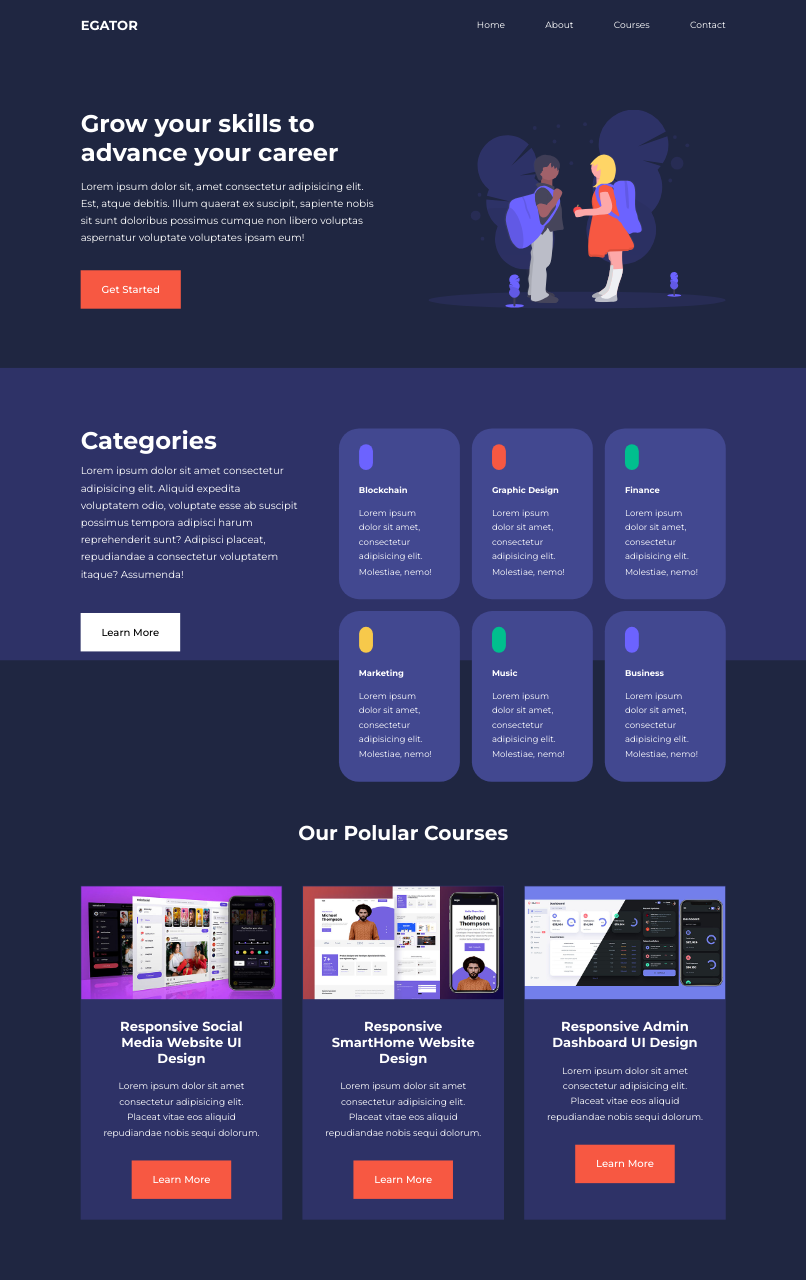
Repository: QUANGTHAI2003/education-web
Page: index.html
An editor plug-in stored every save of this project. The page is shown before and after the next save, followed by the edit.
The browser window is 1280 px wide. The pictures show the whole page, at 63% of full size.
Some icons come from a web library that is not loaded, so they are not drawn.

Above is the page before, as saved 2022-03-11 14:46:23.

### index.html
<!DOCTYPE html>
<html lang="en">
    <head>
        <meta charset="UTF-8" />
        <meta http-equiv="X-UA-Compatible" content="IE=edge" />
        <meta name="viewport" content="width=device-width, initial-scale=1.0" />
        <title>Responsive Multipage Education</title>
        <!-- ICONSCOUT CDN -->
        <link
            rel="stylesheet"
            href="https://unicons.iconscout.com/release/v2.1.6/css/unicons.css"
        />
        <!-- GOOGLE FONTS -->
        <link rel="preconnect" href="https://fonts.googleapis.com" />
        <link rel="preconnect" href="https://fonts.gstatic.com" crossorigin />
        <link
            href="https://fonts.googleapis.com/css2?family=Montserrat:wght@300;400;500;600;700;800;900&family=Poppins:wght@300;400;600&display=swap"
            rel="stylesheet"
        />

        <link rel="stylesheet" href="./css/style.css" />
    </head>
    <body>
        <nav>
            <div class="container nav__container">
                <a href="index.html">
                    <h4>EGATOR</h4>
                </a>
                <ul class="nav__menu">
                    <li><a href="index.html">Home</a></li>
                    <li><a href="about.html">About</a></li>
                    <li><a href="courses.html">Courses</a></li>
                    <li><a href="contact.html">Contact</a></li>
                </ul>
                <button id="open-menu-btn">
                    <i class="uil uil-bars"></i>
                </button>
                <button id="close-menu-btn">
                    <i class="uil uil-multiply"></i>
                </button>
            </div>
        </nav>
        <!-- END OF NAVBAR -->
        <header>
            <div class="container header__container">
                <div class="header__left">
                    <h1>Grow your skills to advance your career</h1>
                    <p>
                        Lorem ipsum dolor sit, amet consectetur adipisicing elit. Est, atque
                        debitis. Illum quaerat ex suscipit, sapiente nobis sit sunt doloribus
                        possimus cumque non libero voluptas aspernatur voluptate voluptates ipsam
                        eum!
                    </p>
                    <a href="courses.html" class="btn btn-primary">Get Started</a>
                </div>
                <div class="header__right">
                    <div class="header__right-image">
                        <img src="./images/header.svg" />
                    </div>
                </div>
            </div>
        </header>
        <!-- END OF HEADER -->
        <section class="categories">
            <div class="container categories__container">
                <div class="categories__left">
                    <h1>Categories</h1>
                    <p>
                        Lorem ipsum dolor sit amet consectetur adipisicing elit. Aliquid expedita
                        voluptatem odio, voluptate esse ab suscipit possimus tempora adipisci harum
                        reprehenderit sunt? Adipisci placeat, repudiandae a consectetur voluptatem
                        itaque? Assumenda!
                    </p>
                    <a href="#" class="btn">Learn More</a>
                </div>
                <div class="categories__right">
                    <article class="category">
                        <span class="category__icon">
                            <i class="uil uil-bitcoin-circle"></i>
                        </span>
                        <h5>Blockchain</h5>
                        <p>
                            Lorem ipsum dolor sit amet, consectetur adipisicing elit. Molestiae,
                            nemo!
                        </p>
                    </article>
                    <article class="category">
                        <span class="category__icon">
                            <i class="uil uil-palette"></i>
                        </span>
                        <h5>Graphic Design</h5>
                        <p>
                            Lorem ipsum dolor sit amet, consectetur adipisicing elit. Molestiae,
                            nemo!
                        </p>
                    </article>
                    <article class="category">
                        <span class="category__icon">
                            <i class="uil uil-usd-circle"></i>
                        </span>
                        <h5>Finance</h5>
                        <p>
                            Lorem ipsum dolor sit amet, consectetur adipisicing elit. Molestiae,
                            nemo!
                        </p>
                    </article>
                    <article class="category">
                        <span class="category__icon">
                            <i class="uil uil-megaphone"></i>
                        </span>
                        <h5>Marketing</h5>
                        <p>
                            Lorem ipsum dolor sit amet, consectetur adipisicing elit. Molestiae,
                            nemo!
                        </p>
                    </article>
                    <article class="category">
                        <span class="category__icon">
                            <i class="uil uil-music"></i>
                        </span>
                        <h5>Music</h5>
                        <p>
                            Lorem ipsum dolor sit amet, consectetur adipisicing elit. Molestiae,
                            nemo!
                        </p>
                    </article>
                    <article class="category">
                        <span class="category__icon">
                            <i class="uil uil-puzzle-piece"></i>
                        </span>
                        <h5>Business</h5>
                        <p>
                            Lorem ipsum dolor sit amet, consectetur adipisicing elit. Molestiae,
                            nemo!
                        </p>
                    </article>
                </div>
            </div>
        </section>
        <!-- END OF CATEGORIES -->
        <section class="courses">
            <h2>Our Polular Courses</h2>
            <div class="container courses__container">
                <article class="course">
                    <div class="course__image">
                        <img src="./images/course1.jpg" />
                    </div>
                    <div class="course__info">
                        <h4>Responsive Social Media Website UI Design</h4>
                        <p>
                            Lorem ipsum dolor sit amet consectetur adipisicing elit. Placeat vitae
                            eos aliquid repudiandae nobis sequi dolorum.
                        </p>
                        <a href="courses.html" class="btn btn-primary">Learn More</a>
                    </div>
                </article>
                <article class="course">
                    <div class="course__image">
                        <img src="./images/course2.jpg" />
                    </div>
                    <div class="course__info">
                        <h4>Responsive SmartHome Website Design</h4>
                        <p>
                            Lorem ipsum dolor sit amet consectetur adipisicing elit. Placeat vitae
                            eos aliquid repudiandae nobis sequi dolorum.
                        </p>
                        <a href="courses.html" class="btn btn-primary">Learn More</a>
                    </div>
                </article>
                <article class="course">
                    <div class="course__image">
                        <img src="./images/course3.jpg" />
                    </div>
                    <div class="course__info">
                        <h4>Responsive Admin Dashboard UI Design</h4>
                        <p>
                            Lorem ipsum dolor sit amet consectetur adipisicing elit. Placeat vitae
                            eos aliquid repudiandae nobis sequi dolorum.
                        </p>
                        <a href="courses.html" class="btn btn-primary">Learn More</a>
                    </div>
                </article>
            </div>
        </section>
        <!-- END OF COURSES -->
        <script src="./app.js"></script>
    </body>
</html>

### css/style.css
* {
    margin: 0;
    padding: 0;
    border: 0;
    outline: 0;
    text-decoration: none;
    list-style: none;
    box-sizing: border-box;
}

:root {
    --color-primary: #6c63ff;
    --color-success: #00bf8e;
    --color-warning: #f7c94b;
    --color-danger: #f75842;
    --color-danger-variant: rgba(247, 88, 66, 0.4);
    --color-white: #fff;
    --color-light: rgba(255, 255, 255, 0.7);
    --color-black: #000;
    --color-bg: #1f2641;
    --color-bg1: #2e3267;
    --color-bg2: #424890;

    --container-width-lg: 80%;
    --container-width-md: 90%;
    --container-width-sm: 94%;

    --transition: all 400ms ease;
}

body {
    font-family: 'Montserrat', sans-serif;
    line-height: 1.7;
    color: var(--color-white);
    background: var(--color-bg);
}

.container {
    width: var(--container-width-lg);
    margin: 0 auto;
}

section {
    padding: 6rem 0;
}

section h2 {
    text-align: center;
    margin-bottom: 4rem;
}

h1,
h2,
h3,
h4,
h5 {
    line-height: 1.2;
}

h1 {
    font-size: 2.4rem;
}

h2 {
    font-size: 2rem;
}

h3 {
    font-size: 1.3rem;
}

h4 {
    font-size: 1.3rem;
}

a {
    color: var(--color-white);
}

img {
    width: 100%;
    display: block;
    object-fit: cover;
}

.btn {
    display: inline-block;
    background: var(--color-white);
    color: var(--color-black);
    padding: 1rem 2rem;
    border: 1px solid transparent;
    font-weight: 500;
    transition: var(--transition);
}

.btn:hover {
    background: transparent;
    color: var(--color-white);
    border-color: var(--color-white);
}

.btn-primary {
    background: var(--color-danger);
    color: var(--color-white);
}

/* ================= NAVBAR =================*/
nav {
    background: transparent;
    width: 100vw;
    height: 5rem;
    position: fixed;
    top: 0;
    z-index: 11;
}

/* change navbar styles on scroll using js*/
.window-scroll {
    background: var(--color-primary);
    box-shadow: 0 1rem 2rem rgba(0, 0, 0, 0.2);
}

.nav__container {
    height: 100%;
    display: flex;
    justify-content: space-between;
    align-items: center;
}

nav button {
    display: none;
}

.nav__menu {
    display: flex;
    align-items: center;
    gap: 4rem;
}

.nav__menu a {
    font-size: 0.9rem;
    transition: var(--transition);
}

.nav__menu a:hover {
    color: var(--color-bg2);
}

/* ================= HEADER =================*/
header {
    position: relative;
    top: 5rem;
    overflow: hidden;
    height: 70vh;
    margin-bottom: 5rem;
}

.header__container {
    display: grid;
    grid-template-columns: repeat(2, 1fr);
    align-items: center;
    gap: 5rem;
    height: 100%;
}

.header__left p {
    margin: 1rem 0 2.4rem;
}

/* ================= CATEGORIES =================*/
.categories {
    background: var(--color-bg1);
    height: 29rem;
}

.categories h1 {
    line-height: 1;
}

.categories__container {
    display: grid;
    grid-template-columns: 40% 60%;
}

.categories__left {
    margin-right: 4rem;
}

.categories__left p {
    margin: 1rem 0 3rem;
}

.categories__right {
    display: grid;
    grid-template-columns: repeat(3, 1fr);
    gap: 1.2rem;
}

.category {
    background: var(--color-bg2);
    padding: 2rem;
    border-radius: 2rem;
    transition: var(--transition);
}

.category:hover {
    box-shadow: 0 3rem 3rem rgba(0, 0, 0, 0.3);
    z-index: 1;
}

.category:nth-child(2) .category__icon {
    background: var(--color-danger);
}

.category:nth-child(3) .category__icon {
    background: var(--color-success);
}

.category:nth-child(4) .category__icon {
    background: var(--color-warning);
}

.category:nth-child(5) .category__icon {
    background: var(--color-success);
}

.category__icon {
    background: var(--color-primary);
    padding: 0.7rem;
    border-radius: 0.9rem;
}

.category h5 {
    margin: 2rem 0 1rem;
}

.category p {
    font-size: 0.85rem;
}

.courses {
    margin-top: 10rem;
}

.courses__container {
    display: grid;
    grid-template-columns: repeat(3, 1fr);
    gap: 2rem;
}

.course {
    background: var(--color-bg1);
    text-align: center;
    border: 1px solid transparent;
    transition: var(--transition);
}

.course:hover {
    background: transparent;
    border-color: var(--color-primary);
}

.course__info {
    padding: 2rem;
}

.course__info p {
    margin: 1.2rem 0 2rem;
    font-size: 0.9rem;
}

### app.js
// changen navbar styles on scroll
window.addEventListener('scroll', () => {
    document.querySelector('nav').classList.toggle
        ('window-scroll', window.scrollY > 0);
})

After the next save:
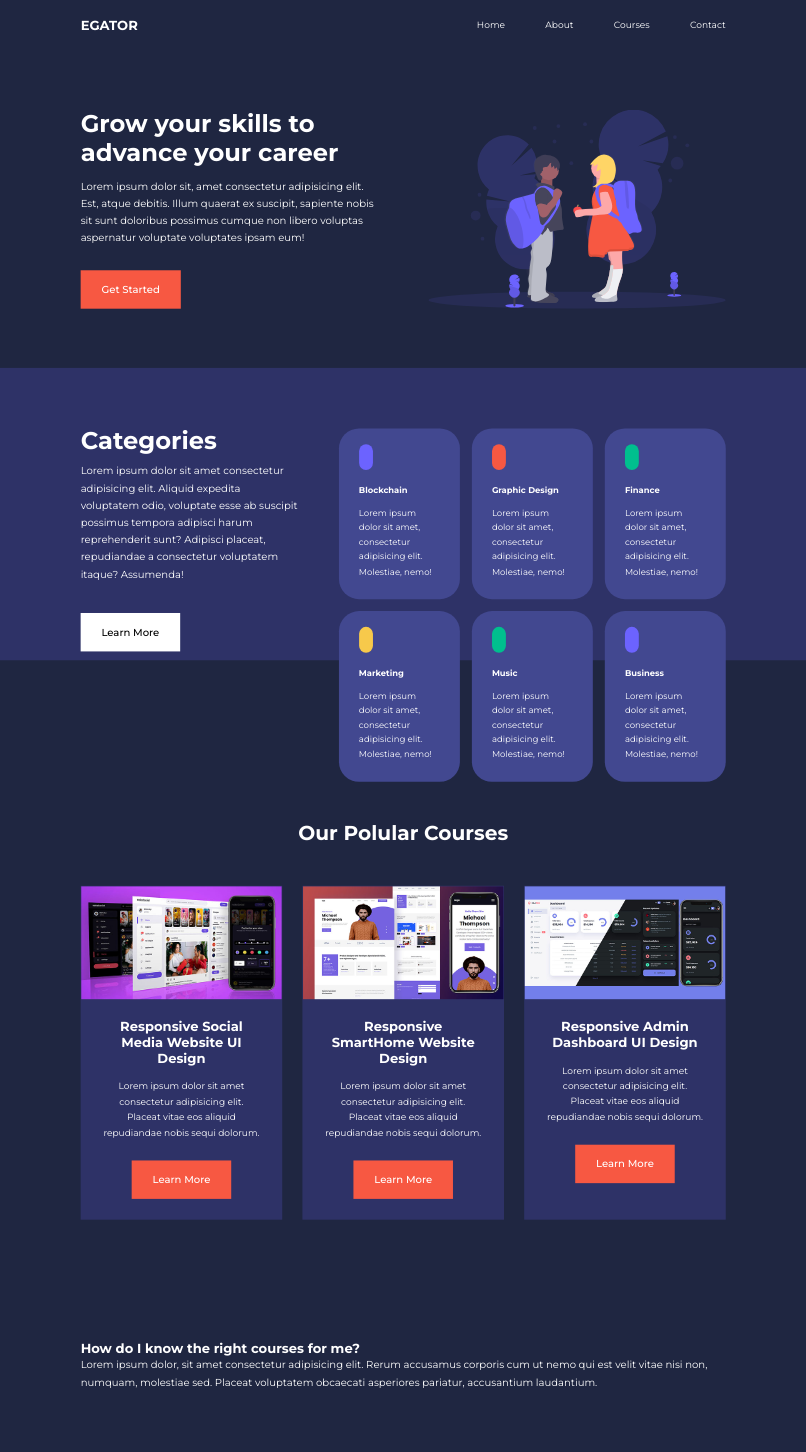
Saved 3 min 12 s later.
--- a/index.html
+++ b/index.html
@@ -183,6 +183,22 @@
             </div>
         </section>
         <!-- END OF COURSES -->
+        <section class="faqs">
+            <div class="container faqs-container">
+                <article class="faq">
+                    <div class="faq__icon"><i class="uil uil-plus"></i></div>
+                    <div class="question__answer">
+                        <h4>How do I know the right courses for me?</h4>
+                        <p>
+                            Lorem ipsum dolor, sit amet consectetur adipisicing elit. Rerum
+                            accusamus corporis cum ut nemo qui est velit vitae nisi non, numquam,
+                            molestiae sed. Placeat voluptatem obcaecati asperiores pariatur,
+                            accusantium laudantium.
+                        </p>
+                    </div>
+                </article>
+            </div>
+        </section>
         <script src="./app.js"></script>
     </body>
 </html>
